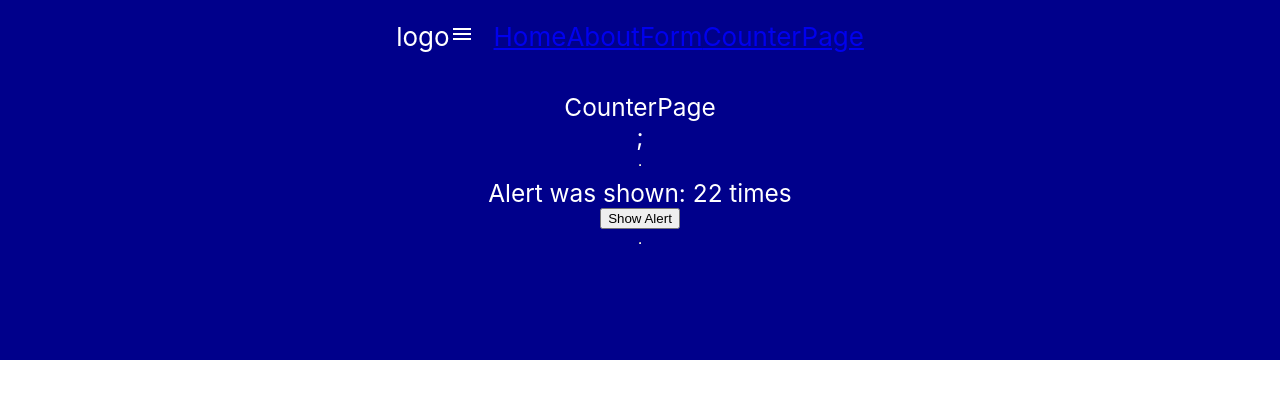
Repository: OutcomerTom/my-app
Page: /CounterPage
An editor plug-in stored every save of this project. The page is shown before and after the next save, followed by the edit.
The browser window is 1280 px wide. The pictures show the whole page.
The project was rebuilt for these pictures with package versions that can differ from the ones it lists, and the page was loaded fresh each time. Also part of the build but not shown: src/InputForm/InputForm.tsx, src/InputForm/index.ts, src/FormPage/FormPage.tsx, src/HomePage/HomePage.tsx.

Above is the page before, as saved 2022-05-31 00:24:03.

### src/App.tsx
import React from "react";
import { Routes, Route } from "react-router-dom";
import { FormPage } from "./FormPage";
import { HomePage } from "./HomePage";
import { CounterPage } from "./Counter";
import { Navigation } from "./Navigation";
import { routesPaths } from "./routes";
import "./App.css";

function App() {
  return (
    <div className="App">
      <Navigation />
      <Routes>
        <Route path={"/"} element={<HomePage />} />
        <Route path={"*"} element={<div>404</div>} />
        <Route path={`/${routesPaths.about}`} element={<div>About</div>} />
        <Route path={"/CounterPage"} element={<CounterPage />} />
        <Route path={"/form"} element={<FormPage />} />
      </Routes>
    </div>
  );
}

export default App;

### src/FormPage/index.ts
export { FormPage } from "./FormPage";

### src/Counter/index.ts
export { CounterPage } from "./CounterPage";

### src/routes/index.ts
export const routesPaths = {
  about: "about",
};

### src/App.css
.App {
  display: flex;
  flex-direction: column;
  text-align: center;
  background-color: darkblue;
  font-size: calc(10px + 2vmin);
  color: white;
  min-height: 50vh;
  align-items: center;
}

@media (max-width: 1240px) {
  .app {
    flex-direction: row;
  }
}

.app-logo {
  height: 40vmin;
  pointer-events: none;
}

@media (prefers-reduced-motion: no-preference) {
  .app-logo {
    animation: App-logo-spin infinite 20s linear;
  }
}

.app-link {
  color: yellowgreen;
  padding: 10px 20px;
}

### src/Counter/CounterPage.tsx
import React, { useState, useEffect } from "react";

export const CounterPage = () => {
  const [counter, setCounter] = useState<number>(0);

  const handleShowAlert = (value: number): void => {
    alert("Helllo react");
    setCounter(counter + 1);
  };
  useEffect(() => {
    setCounter(22);
  }, []);

  return (
    <>
      <div>CounterPage</div>;
      <hr />
      <div>{`Alert was shown: ${counter} times`}</div>
      <button onClick={() => handleShowAlert(22)}>Show Alert</button>
      <hr />
    </>
  );
};

### src/Navigation/Navigation.tsx
import { Link } from "react-router-dom";
import React, { useState } from "react";
import MenuIcon from "@mui/icons-material/Menu";
import { routesPaths } from "../routes";
import "./styles.css";

export const Navigation = () => {
  const [navigationVisible, setNavigationVisible] = useState<boolean>(true);
  const handleShowMobileNav = () => {
    setNavigationVisible(!navigationVisible);
  };

  return (
    <div className="Navigation">
      <div>
        logo
        <MenuIcon onClick={handleShowMobileNav} className="Navigation-mobile" />
      </div>
      {navigationVisible && (
        <div className="Navigation-links">
          <Link className="App-link" to={"/"}>
            Home
          </Link>
          <Link className="App-link" to={`/${routesPaths.about}`}>
            About
          </Link>
          <Link className="App-link" to={"/form"}>
            Form
          </Link>
          <Link className="App-link" to={"/CounterPage"}>
            CounterPage
          </Link>
        </div>
      )}
    </div>
  );
};

### src/Navigation/styles.css
.Navigation {
  min-height: 10vh;
  display: flex;
  flex-direction: row;
  align-items: center;
  justify-content: center;
  font-size: 26px;
  color: white;
  margin-bottom: 20px;
}

.Navigation-links {
  display: flex;
  flex-direction: row;
  padding: 10px 20px;
}

.Navigation-mobile {
  display: none;
}

@media (max-width: 996px) {
  .Navigation {
    flex-direction: column;
  }
  .Navigation-links {
    flex-direction: column;
  }
  .Navigation-mobile {
    display: none;
  }
}
@media (max-width: 375px) {
  .Navigation {
    flex-direction: column;
  }
  .Navigation-links {
    flex-direction: column;
  }
  .Navigation-mobile {
    display: inline;
  }
}

Loaded but not shown: public/index.html (common file); src/index.tsx (common file); src/index.css (common file); src/reportWebVitals.ts (common file); src/HomePage/index.ts (common file); src/Navigation/index.ts (common file)

After the next save:
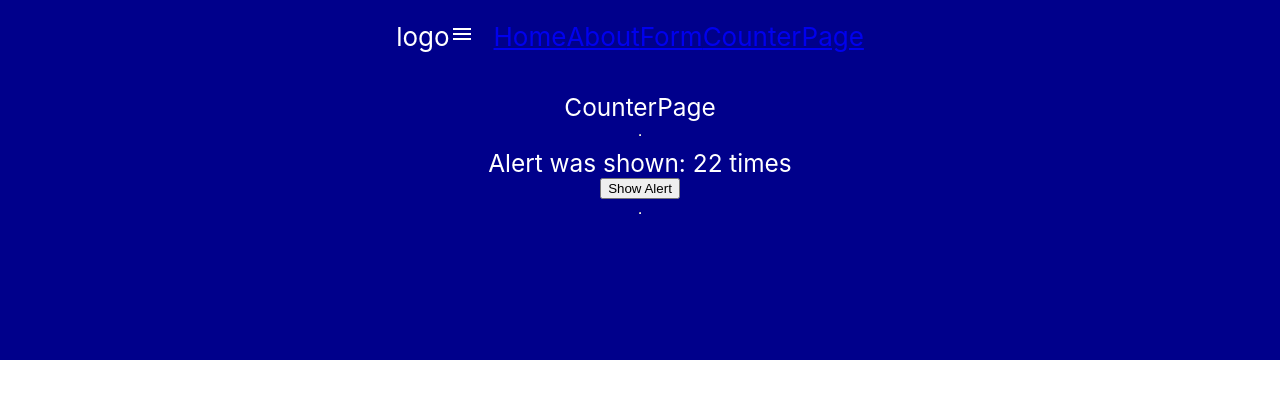
Saved 43 s later.
--- a/src/Counter/CounterPage.tsx
+++ b/src/Counter/CounterPage.tsx
@@ -13,7 +13,7 @@ export const CounterPage = () => {
 
   return (
     <>
-      <div>CounterPage</div>;
+      <div>CounterPage</div>
       <hr />
       <div>{`Alert was shown: ${counter} times`}</div>
       <button onClick={() => handleShowAlert(22)}>Show Alert</button>
